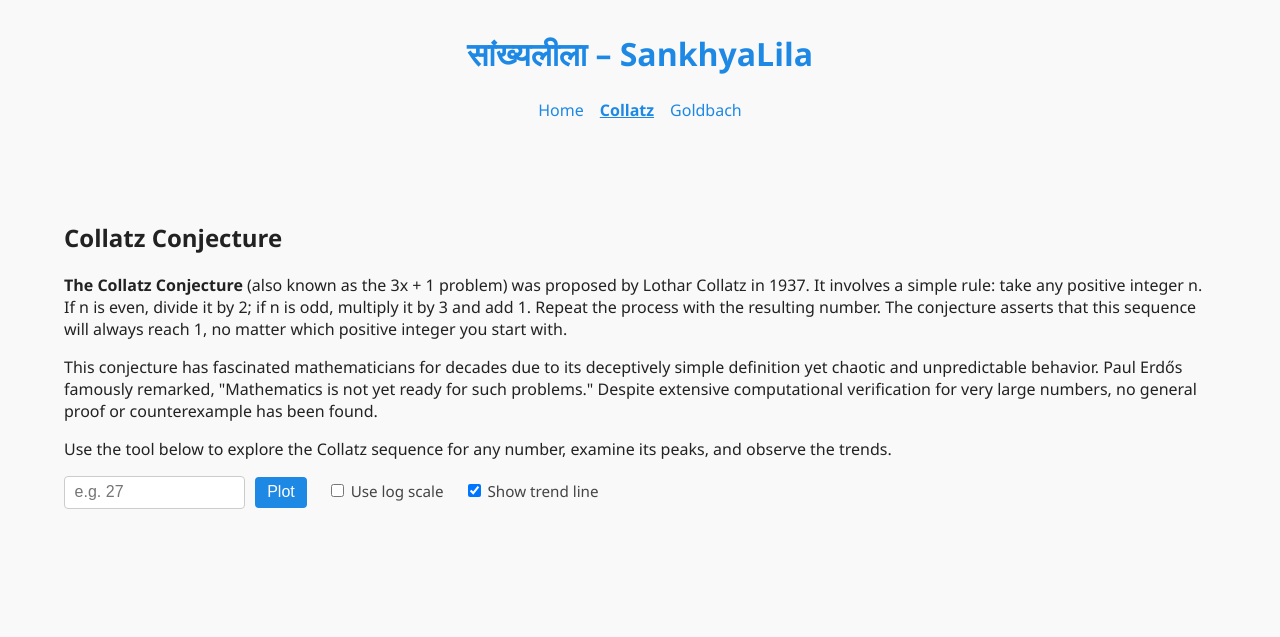
Repository: ChakreshSinghUC/SankhyaLila
Page: /#/collatz
These files come from the project's save history. The page is drawn as it stood at one moment and after the next save; the edit follows.
The browser window is 1280 px wide. The pictures show the whole page.
The project was rebuilt for these pictures with package versions that can differ from the ones it lists, and the page was loaded fresh each time. Also part of the build but not shown: src/pages/Goldbach.js.

Above is the page before, as saved 2025-07-05 21:28:30.

### src/App.js
import React from 'react';
import './App.css';
import { HashRouter as Router, Routes, Route, NavLink } from 'react-router-dom';
import Collatz from './pages/Collatz';
import Goldbach from './pages/Goldbach';

function App() {
  return (
    <Router>
      <header>
        <h1>सांख्यलीला – SankhyaLila</h1>
        <nav style={{ display: 'flex', gap: '1rem' }}>
          <NavLink
            to="/"
            end
            style={({ isActive }) => ({
              fontWeight: isActive ? 'bold' : 'normal',
              textDecoration: isActive ? 'underline' : 'none',
            })}
          >
            Home
          </NavLink>
          <NavLink
            to="/collatz"
            style={({ isActive }) => ({
              fontWeight: isActive ? 'bold' : 'normal',
              textDecoration: isActive ? 'underline' : 'none',
            })}
          >
            Collatz
          </NavLink>
          <NavLink
            to="/goldbach"
            style={({ isActive }) => ({
              fontWeight: isActive ? 'bold' : 'normal',
              textDecoration: isActive ? 'underline' : 'none',
            })}
          >
            Goldbach
          </NavLink>
        </nav> {/* ✅ This was missing! */}
      </header>

      <main style={{ padding: '1rem 2rem' }}>
        <Routes>
          <Route index element={<Home />} />
          <Route path="/collatz" element={<Collatz />} />
          <Route path="/goldbach" element={<Goldbach />} />
          <Route path="*" element={<NotFound />} />
        </Routes>
      </main>
    </Router>
  );
}

function Home() {
  return (
    <>
      <h2>Welcome to SankhyaLila</h2>
      <p>
        SankhyaLila (सांख्यलीला) is a digital playground for curious minds. Explore
        the beauty of numbers, patterns, and mathematical wonder through interactive
        visualizations.
      </p>
    </>
  );
}

function NotFound() {
  return <p>404 – Page not found</p>;
}

export default App;

### src/App.css
/* App.css — SankhyaLila */

body {
  margin: 0;
  font-family: 'Segoe UI', 'Helvetica Neue', sans-serif;
  background-color: #f9f9f9;
  color: #222;
}

h1 {
  text-align: center;
  color: #1e88e5;
  margin-top: 2rem;
  font-size: 2rem;
}

nav {
  display: flex;
  justify-content: center;
  gap: 1.5rem;
  margin-top: 1.5rem;
  margin-bottom: 2rem;
}

nav a {
  color: #1e88e5;
  text-decoration: none;
  font-weight: 500;
}

nav a:hover {
  text-decoration: underline;
}

input[type="number"] {
  padding: 0.4rem 0.6rem;
  font-size: 1rem;
  width: 160px;
  border-radius: 4px;
  border: 1px solid #ccc;
}

button {
  padding: 0.4rem 0.75rem;
  font-size: 1rem;
  margin-left: 10px;
  background-color: #1e88e5;
  color: white;
  border: none;
  cursor: pointer;
  border-radius: 4px;
}

button:hover {
  background-color: #1565c0;
}

label {
  font-size: 0.95rem;
  color: #444;
}

### src/pages/Collatz.jsx
import React, { useState } from 'react';
import './Collatz.css';
import { Line } from 'react-chartjs-2';
import {
  Chart as ChartJS,
  LineElement,
  PointElement,
  CategoryScale,
  LinearScale,
  LogarithmicScale,
  Title,
  Tooltip,
  Legend
} from 'chart.js';

ChartJS.register(
  LineElement,
  PointElement,
  CategoryScale,
  LinearScale,
  LogarithmicScale,
  Title,
  Tooltip,
  Legend
);

export default function Collatz() {
  const [input, setInput] = useState('');
  const [sequence, setSequence] = useState([]);
  const [logScale, setLogScale] = useState(false);
  const [showTrend, setShowTrend] = useState(true);
  const [peaks, setPeaks] = useState([]);

  const generateSequence = (n) => {
    let result = [];
    while (n !== 1) {
      result.push(n);
      n = (n % 2 === 0) ? n / 2 : 3 * n + 1;
    }
    result.push(1);
    setSequence(result);
    findGlobalMaxima(result);
  };

  const findGlobalMaxima = (arr) => {
    const peaksFound = [];
    let currentMax = -Infinity;
    for (let i = 0; i < arr.length; i++) {
      if (arr[i] > currentMax) {
        currentMax = arr[i];
        peaksFound.push({ index: i, value: arr[i] });
      }
    }
    setPeaks(peaksFound);
  };

  const computeMovingAverage = (arr, windowSize) => {
    const result = [];
    for (let i = 0; i < arr.length; i++) {
      const start = Math.max(0, i - Math.floor(windowSize / 2));
      const end = Math.min(arr.length, i + Math.ceil(windowSize / 2));
      const slice = arr.slice(start, end);
      const avg = slice.reduce((a, b) => a + b, 0) / slice.length;
      result.push(avg);
    }
    return result;
  };

  const handleSubmit = () => {
    const n = parseInt(input);
    if (!isNaN(n) && n > 0) generateSequence(n);
  };

  const peakMarkers = Array(sequence.length).fill(null);
  peaks.forEach(p => peakMarkers[p.index] = p.value);

  const trendLine = computeMovingAverage(sequence, 5);

  const datasets = [
    {
      label: 'Collatz Sequence',
      data: sequence,
      borderColor: '#1e88e5',
      pointRadius: 0,
      borderWidth: 2,
      fill: false
    },
    {
      label: 'New Global Maxima',
      data: peakMarkers,
      pointRadius: 5,
      pointBackgroundColor: 'red',
      showLine: false
    }
  ];

  if (showTrend) {
    datasets.push({
      label: 'Trend (Moving Avg)',
      data: trendLine,
      borderColor: 'gray',
      borderDash: [5, 5],
      borderWidth: 1.5,
      pointRadius: 0,
      fill: false
    });
  }

  const data = {
    labels: sequence.map((_, i) => i),
    datasets: datasets
  };

  const options = {
    responsive: true,
    interaction: {
      mode: 'index',
      intersect: false
    },
    plugins: {
      tooltip: {
        callbacks: {
          label: (ctx) => `Step: ${ctx.dataIndex}, Value: ${ctx.formattedValue}`
        }
      },
      legend: {
        display: true
      },
      title: {
        display: true,
        text: 'Collatz Conjecture with Global Maxima and Trend',
        font: { size: 18 }
      }
    },
    scales: {
      x: {
        title: {
          display: true,
          text: 'Step',
          font: { size: 14 }
        },
        grid: {
          color: '#eee'
        }
      },
      y: {
        type: logScale ? 'logarithmic' : 'linear',
        min: 1,
        title: {
          display: true,
          text: logScale ? 'Value (log scale)' : 'Value',
          font: { size: 14 }
        },
        grid: {
          color: '#eee'
        }
      }
    }
  };

  return (
    <div style={{ padding: '2rem' }}>
      <h2>Collatz Conjecture</h2>
      <p><strong>The Collatz Conjecture</strong> (also known as the 3x + 1 problem) was proposed by Lothar Collatz in 1937. It involves a simple rule: take any positive integer n. If n is even, divide it by 2; if n is odd, multiply it by 3 and add 1. Repeat the process with the resulting number. The conjecture asserts that this sequence will always reach 1, no matter which positive integer you start with.</p>
      <p>This conjecture has fascinated mathematicians for decades due to its deceptively simple definition yet chaotic and unpredictable behavior. Paul Erdős famously remarked, "Mathematics is not yet ready for such problems." Despite extensive computational verification for very large numbers, no general proof or counterexample has been found.</p>

      <p>Use the tool below to explore the Collatz sequence for any number, examine its peaks, and observe the trends.</p>

      <input
        type="number"
        value={input}
        onChange={(e) => setInput(e.target.value)}
        onKeyDown={(e) => e.key === 'Enter' && handleSubmit()}
        placeholder="e.g. 27"
      />
      <button onClick={handleSubmit} style={{ marginLeft: '10px' }}>Plot</button>
      <label style={{ marginLeft: '20px' }}>
        <input
          type="checkbox"
          checked={logScale}
          onChange={() => setLogScale(!logScale)}
        />
        &nbsp;Use log scale
      </label>
      <label style={{ marginLeft: '20px' }}>
        <input
          type="checkbox"
          checked={showTrend}
          onChange={() => setShowTrend(!showTrend)}
        />
        &nbsp;Show trend line
      </label>

      {sequence.length > 0 && (
        <div style={{ marginTop: '2rem' }}>
          <p>🔺 Global Maxima: {peaks.map(p => `${p.value} (at step ${p.index})`).join(', ')}</p>
          <Line data={data} options={options} />
        </div>
      )}
    </div>
  );
}

### src/pages/Collatz.css
.collatz-container {
    padding: 1rem;
    max-width: 800px;
    margin: auto;
}

.input-group {
    display: flex;
    flex-wrap: wrap;
    gap: 10px;
    margin-top: 1rem;
    margin-bottom: 1rem;
}

.input-group input {
    flex: 1;
    min-width: 150px;
    padding: 0.5rem;
    font-size: 1rem;
}

.input-group button {
    padding: 0.5rem 1rem;
    font-size: 1rem;
    cursor: pointer;
}

.options {
    display: flex;
    flex-wrap: wrap;
    gap: 1rem;
    margin-bottom: 1rem;
}

canvas {
    max-width: 100% !important;
    height: auto !important;
}

@media (max-width: 600px) {
    .input-group {
        flex-direction: column;
    }

    .options {
        flex-direction: column;
    }

    .input-group button {
        width: 100%;
    }
}

### src/pages/Goldbach.css
.goldbach-container {
    padding: 1rem;
    max-width: 600px;
    margin: auto;
}

.input-group {
    display: flex;
    flex-direction: row;
    gap: 10px;
    flex-wrap: wrap;
    margin-bottom: 1rem;
}

.input-group input {
    flex: 1;
    min-width: 150px;
    padding: 0.5rem;
    font-size: 1rem;
}

.input-group button {
    padding: 0.5rem 1rem;
    font-size: 1rem;
    cursor: pointer;
}

.message {
    margin-top: 1rem;
    color: #333;
}

.pair-list ul {
    padding-left: 1.5rem;
}

@media (max-width: 600px) {
    .input-group {
        flex-direction: column;
    }

    .input-group button {
        width: 100%;
    }
}

Loaded but not shown: public/index.html (common file); src/index.js (common file); src/index.css (common file); src/reportWebVitals.js (common file)

After the next save:
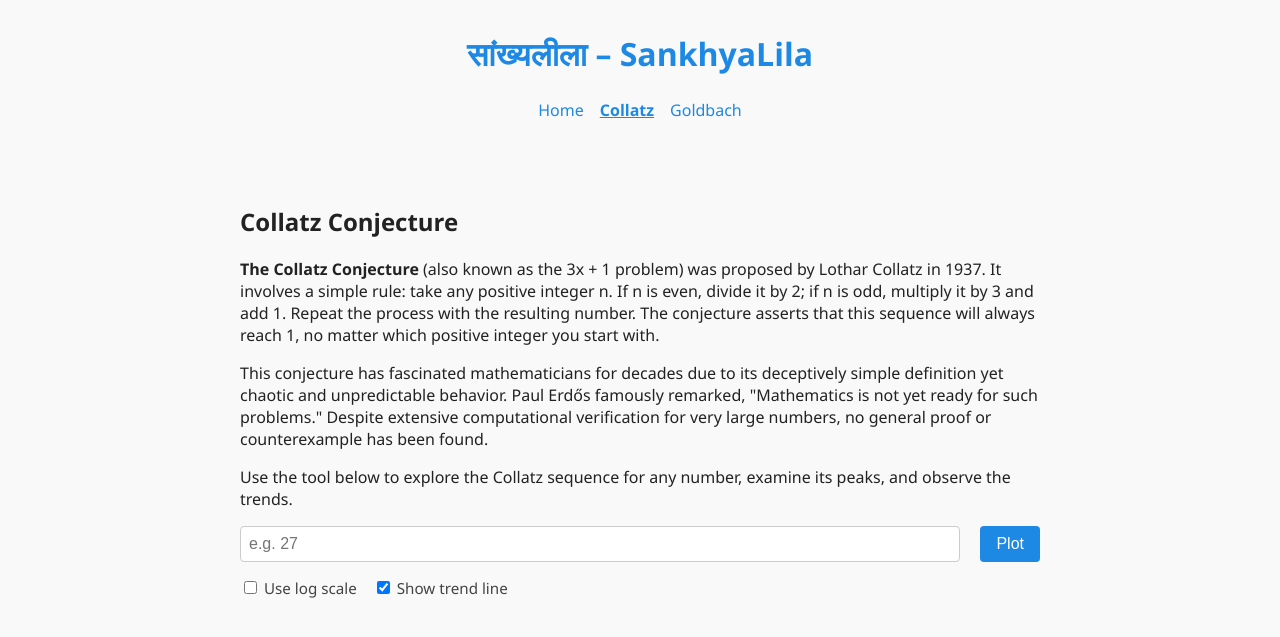
Saved 76 s later.
--- a/src/pages/Collatz.jsx
+++ b/src/pages/Collatz.jsx
@@ -159,37 +159,42 @@ export default function Collatz() {
   };
 
   return (
-    <div style={{ padding: '2rem' }}>
+    <div className="collatz-container">
       <h2>Collatz Conjecture</h2>
       <p><strong>The Collatz Conjecture</strong> (also known as the 3x + 1 problem) was proposed by Lothar Collatz in 1937. It involves a simple rule: take any positive integer n. If n is even, divide it by 2; if n is odd, multiply it by 3 and add 1. Repeat the process with the resulting number. The conjecture asserts that this sequence will always reach 1, no matter which positive integer you start with.</p>
       <p>This conjecture has fascinated mathematicians for decades due to its deceptively simple definition yet chaotic and unpredictable behavior. Paul Erdős famously remarked, "Mathematics is not yet ready for such problems." Despite extensive computational verification for very large numbers, no general proof or counterexample has been found.</p>
 
       <p>Use the tool below to explore the Collatz sequence for any number, examine its peaks, and observe the trends.</p>
 
-      <input
-        type="number"
-        value={input}
-        onChange={(e) => setInput(e.target.value)}
-        onKeyDown={(e) => e.key === 'Enter' && handleSubmit()}
-        placeholder="e.g. 27"
-      />
-      <button onClick={handleSubmit} style={{ marginLeft: '10px' }}>Plot</button>
-      <label style={{ marginLeft: '20px' }}>
+      <div className="input-group">
         <input
-          type="checkbox"
-          checked={logScale}
-          onChange={() => setLogScale(!logScale)}
+          type="number"
+          value={input}
+          onChange={(e) => setInput(e.target.value)}
+          onKeyDown={(e) => e.key === 'Enter' && handleSubmit()}
+          placeholder="e.g. 27"
         />
-        &nbsp;Use log scale
-      </label>
-      <label style={{ marginLeft: '20px' }}>
-        <input
-          type="checkbox"
-          checked={showTrend}
-          onChange={() => setShowTrend(!showTrend)}
-        />
-        &nbsp;Show trend line
-      </label>
+        <button onClick={handleSubmit}>Plot</button>
+      </div>
+
+      <div className="options">
+        <label>
+          <input
+            type="checkbox"
+            checked={logScale}
+            onChange={() => setLogScale(!logScale)}
+          />
+          &nbsp;Use log scale
+        </label>
+        <label>
+          <input
+            type="checkbox"
+            checked={showTrend}
+            onChange={() => setShowTrend(!showTrend)}
+          />
+          &nbsp;Show trend line
+        </label>
+      </div>
 
       {sequence.length > 0 && (
         <div style={{ marginTop: '2rem' }}>
